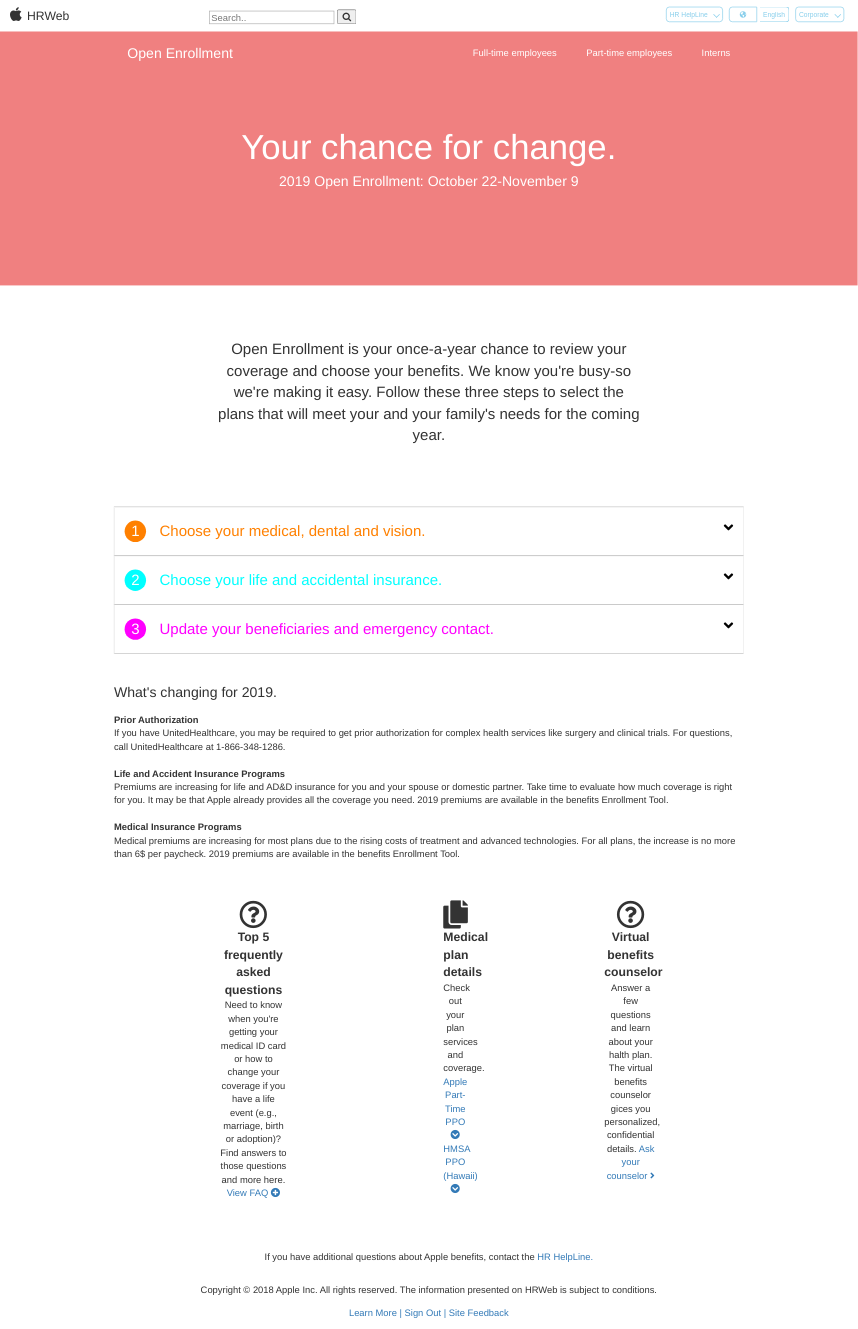
Repository: rmcc0724/templates
Page: index.html
The author's editor kept a record of every edit. The page is drawn from the files as they stood at one moment, then again after the next edit.
The browser window is 1280 px wide. The pictures show the whole page, at 67% of full size.
Some web libraries are served in a nearby version.

Above is the page before.

### index.html
<!DOCTYPE html>
<html lang="en">

<head>
  <meta name="viewport" content="width=device-width, initial-scale=1" <title>
  </title>
  <link rel="stylesheet" href="https://use.fontawesome.com/releases/v5.5.0/css/all.css" integrity="sha384-B4dIYHKNBt8Bc12p+WXckhzcICo0wtJAoU8YZTY5qE0Id1GSseTk6S+L3BlXeVIU" crossorigin="anonymous">
  <link rel="stylesheet" href="https://maxcdn.bootstrapcdn.com/bootstrap/3.3.7/css/bootstrap.min.css">
  <link rel="stylesheet" href="https://cdnjs.cloudflare.com/ajax/libs/font-awesome/4.7.0/css/font-awesome.min.css">
  <script src="https://ajax.googleapis.com/ajax/libs/jquery/3.3.1/jquery.min.js"></script>
  <script src="https://maxcdn.bootstrapcdn.com/bootstrap/3.3.7/js/bootstrap.min.js"></script>
  <script src="https://cdnjs.cloudflare.com/ajax/libs/popper.js/1.14.5/umd/popper.min.js"></script>
  <link rel="stylesheet" href="css/normalize.css">
  <link rel="stylesheet" href="css/style.css">
  <link rel="stylesheet" href="css/responsive.css">
</head>

<body>

  <div id="top-items">
    <p><i class="fab fa-apple fa-x3"></i>HRWeb</p>
    <div class="searchForm example">
      <input type="text" placeholder="Search.." name="search">
      <button type="submit"><i class="fa fa-search"></i></button>
    </div>

    <div class="dropdownItems">
      <div class="dropdown">
        <button class="dropbtn">HR HelpLine<i class="arrow down"></i></button>
        <div id="myDropdown" class="dropdown-content">
          <a href="#hrhelpline">1800-HR</a>
        </div>
      </div>
      <div class="dropdown earth">
        <button class="dropbtn"><i class="fas fa-globe-americas"></i></button>
        <div id="myDropdown" class="dropdown-content">
        </div>
      </div>
      <div class="dropdown">
        <button class="dropbtn eng">English</button>
        <div id="myDropdown" class="dropdown-content">
          <a href="#hrhelpline">English</a>
        </div>
      </div>


      <div class="dropdown">
        <button class="dropbtn">Corporate<i class="arrow down"></i></button>
        <div id="myDropdown" class="dropdown-content">
          <a href="#hrhelpline">Corporate</a>

        </div>
      </div>


    </div>


  </div>

  <header>
    <div class="nav-links">
      <h3>Open Enrollment</h3>
      <nav>
        <ul>
          <li><a href="#">Full-time employees</a></li>
          <li><a href="#">Part-time employees</a></li>
          <li><a href="#">Interns</a></li>
        </ul>
      </nav>
    </div>
    <div class="change">
      <h1 class="text-center">Your chance for change.</h1>
      <h4 class="text-center">2019 Open Enrollment: October 22-November 9</h4>
    </div>


  </header>
  <div class="container">
    <div class="chance">

      <p>Open Enrollment is your once-a-year chance to review your coverage and choose your benefits. We know you're busy-so we're making it easy. Follow these three steps to select the plans that will meet your and your family's needs for the coming year.</p>

      <!----Here I used the bootstrap accordion function -->

      <div class="panel-group" id="accordion">
        <div class="panel panel-default panel_1">
          <div class="panel-heading">
            <h4 class="panel-title">
              <a data-toggle="collapse" data-parent="#accordion" href="#collapse1"><span class="nums num1">1 </span><span>Choose your medical, dental and vision.</span><i class="fas fa-angle-down"></i></a>
            </h4>
          </div>
          <div id="collapse1" class="panel-collapse collapse">
            <div class="panel-body">Medical, dental, and vision info here.</div>
          </div>
        </div>
        <div class="panel panel-default panel_2">
          <div class="panel-heading">
            <h4 class="panel-title">
              <a data-toggle="collapse" data-parent="#accordion" href="#collapse2"><span class="nums num2">2 </span><span>Choose your life and accidental insurance.</span><i class="fas fa-angle-down"></i></a>
            </h4>
          </div>
          <div id="collapse2" class="panel-collapse collapse">
            <div class="panel-body">Life and accidental insurance info here.</div>
          </div>
        </div>
        <div class="panel panel-default panel_3">
          <div class="panel-heading">
            <h4 class="panel-title">
              <a data-toggle="collapse" data-parent="#accordion" href="#collapse3"><span class="nums num3">3 </span><span>Update your beneficiaries and emergency contact.</span><i class="fas fa-angle-down"></i></a>
            </h4>
          </div>
          <div id="collapse3" class="panel-collapse collapse">
            <div class="panel-body">Beneficiaries and emergency contact info here.</div>
          </div>
        </div>
      </div>
    </div>
    <div class="changing">
      <h3>What's changing for 2019.</h3>
      <p><strong>Prior Authorization</strong><br/> If you have UnitedHealthcare, you may be required to get prior authorization for complex health services like surgery and clinical trials. For questions, call UnitedHealthcare at 1-866-348-1286.</p>

      <p><strong>Life and Accident Insurance Programs</strong><br/> Premiums are increasing for life and AD&D insurance for you and your spouse or domestic partner. Take time to evaluate how much coverage is right for you. It may be that Apple already provides
        all the coverage you need. 2019 premiums are available in the benefits Enrollment Tool.</p>

      <p><strong>Medical Insurance Programs</strong><br/> Medical premiums are increasing for most plans due to the rising costs of treatment and advanced technologies. For all plans, the increase is no more than 6$ per paycheck. 2019 premiums are available
        in the benefits Enrollment Tool.
      </p>
    </div>





    <div class="bottom">

      <div class="faq">
        <p><i class="far fa-question-circle fa-3x"></i></p>
        <p class=bottom-title><strong>Top 5 frequently<br />asked questions</strong></p>
          <p>Need to know when you're getting your medical ID card or how to change your coverage if you have a life event (e.g., marriage, birth or adoption)? Find answers to those questions and more here.<br/>
          <a href="#">View FAQ <i class="fas fa-plus-circle "></i></a>
        </p>
      </div>
      <div class="faq">
        <p><i class="fas fa-copy fa-3x"></i></p>
        <p class=bottom-title><strong>Medical plan <br/>details</strong></p>
        <p>Check out your plan services and coverage.
        <a href="#">Apple Part-Time PPO <i class="fas fa-chevron-circle-down"></i></a><br>
        <a href="#">HMSA PPO (Hawaii) <i class="fas fa-chevron-circle-down"></i></a>
        </p>
      </div>

      <div class="faq">
        <p><i class="far fa-question-circle fa-3x"></i></p>
        <p class=bottom-title> <strong>Virtual benefits<br/>counselor</strong></p>
        <p>Answer a few questions and learn about your halth plan. The virtual benefits counselor gices you personalized, confidential details.
          <a href="#">Ask your counselor <i class="fas fa-angle-right"></i></a>
        </p>
      </div>



    </div>



    <footer>
      <p class="text-center questions">If you have additional questions about Apple benefits, contact the <a ref="#">HR HelpLine.</a></p>
      <p>Copyright &#169; 2018 Apple Inc. All rights reserved. The information presented on HRWeb is subject to conditions.</p>
      <ul>
        <li><a href="#">Learn More |</a></li>
        <li><a href="#"> Sign Out |</a></li>
        <li><a href="#"> Site Feedback</a></li>
      </ul>
    </footer>
  </div>
</body>



</html>

### css/style.css
body {
    margin: 0 auto;
}

a:hover {
    text-decoration: none;
}

.container {
    max-width: 970px;
    padding-top: 0px;
}

/************************************************/

/*    Header:       */

/************************************************/

header {
    background-color: lightcoral;
    padding-top: 10px;
    padding-bottom: 15px;
}

nav ul li {
    display: block;
}


h3 {
    margin: 10px 0 20px;
    font-size: 1.5em;
}

h4 {
    font-size: 1em;
    margin: 1em 0;
}

#top-items,
#top,
ul {
    text-align: center;
}

ul li {
    list-style: none;
}


ul {
    padding-left: 0 !important;
}

h1 {
    font-size: 1.9em;
}


.nav-links h3,
.nav-links nav a {
    color: #fff;
}

header,
.nav-links nav a {
    color: white;
    margin-top: 15px;
}

#top-items p {
    margin: 15px 0 10px;
    font-size: 20pt;
}




.example input {
    border-style: solid;
    border-width: 1pt;
    border-color: #afafaf;
}



.changing {
    margin-top: 25px;
}

.dropdown {
    float: right;
    position: relative;
    display: inline-block;
}

.dropdown a:hover {
    background-color: #ddd;
}

.show {
    display: block;
}


.dropdown.earth button {
    margin-right: 0;
    border-bottom-right-radius: 0;
    border-top-right-radius: 0;
}

.dropbtn i.fas.fa-globe-americas {
    border: none;
    display: inline-block;
    padding: 0;
    margin-right: 10px;
}

.dropbtn.eng {
    border-bottom-left-radius: 0;
    border-top-left-radius: 0;
    border-left: 0;
}


.example button {
    vertical-align: baseline;
}



.searchForm {
    display: inline;
}


.change h4 {
    margin: 5px 15px;
}

.change h1 {
    margin: 10px 15px;
}

i.fab.fa-apple {
    margin-right: 8px;
    font-size: 1.3em;
}

/************************************************/

/*    Body:       */

/************************************************/

.chance {
    margin: 0 auto;
    margin-top: 15px;
}


.chance p {
    text-align: center;
    max-width: 700px;
    margin: 0px auto 15px;
}

.dropdown {
    float: initial;
    position: relative;
    display: inline-block;
}


.dropbtn {
    background-color: #fff;
    color: skyblue;
    padding: 5px;
    font-size: 10px;
    border: none;
    cursor: pointer;
    border-style: solid;
    border-radius: 5px;
    border-width: thin;
    margin-top: 15px;
}

.dropbtn:hover,
.dropbtn:focus {
    background-color: #fff;
}



.dropdown-content {
    display: none;
    position: absolute;
    background-color: #f1f1f1;
    min-width: 160px;
    overflow: auto;
    box-shadow: 0px 8px 16px 0px rgba(0, 0, 0, 0.2);
    right: 0;
    z-index: 1;
}

.dropdown-content a {
    color: black;
    padding: 12px 16px;
    text-decoration: none;
    display: block;
}

.dropdown i {
    border: solid skyblue;
    border-width: 0 1px 1px 0;
    display: inline-block;
    padding: 3px;
    margin-left: 10px;
}

.right {
    transform: rotate(-45deg);
    -webkit-transform: rotate(-45deg);
}

.left {
    transform: rotate(135deg);
    -webkit-transform: rotate(135deg);
}

.up {
    transform: rotate(-135deg);
    -webkit-transform: rotate(-135deg);
}

.down {
    transform: rotate(45deg);
    -webkit-transform: rotate(45deg);
}

.bottom {
    display: block;
    margin: 25px 0 35px;
}


.bottom strong {
    font-size: 1.3em;
}


.bottom p,
.text-center.questions {
    margin-bottom: 0;
    text-align: center;
}

.bottom-desk,
i.fas.fa-angle-down {
    display: none;
}

.bottom-mobile {
display: block;
}


.fas.fa-globe-americas {
    border: solid white;
    border-width: 0 1px 1px 0;
    display: inline-block;
    margin-right: 10px;
}

.panel-title a,
.panel-title a:hover {
    text-decoration: none;
}

.panel-title {
    font-size: .9em;
}


#accordion i.fas.fa-chevron-circle-down {
    display: none;
}

.nums {
    margin-right: 5px;
}

#accordion {
    margin: 0 auto;
}


.faq {
    margin-bottom: 20px;
    padding: 0 30px;
}

p.text-center.questions {
    margin-bottom: 30px;
}

p.bottom-link {
    margin-top: 10px;
}

/************************************************/

/*    Footer:       */

/************************************************/

footer li {
    display: inline-block;
}

footer p,
header h3 {
    text-align: center;
}


footer {
    margin-top: 0px;
}

### css/responsive.css
/************************************************/

/*    Header:       */

/************************************************/

@media screen and (min-width: 768px) {
    nav ul li {
        display: inline;
    }

    nav ul {
        float: right;
    }

    header {
        margin-top: 0;
        background-color: lightcoral;
        padding-top: 20px;
        padding-bottom: 140px;
    }

    header ul li {
        margin-left: 40px;
    }

    header h3,
    nav {
        display: inline;
    }


    h1 {
        font-size: 2.7em;
    }

    .nav-links {
        max-width: 940px;
        margin: 0 auto;
        padding: 0 20px;
    }

    #top-items {
        text-align: initial;
        padding: 10px 15px;
    }


    #top-items p,
    #top-items .example {
        display: inline-block;
    }

    .change {
        padding-top: 90px;
    }
    .dropdownItems {
        float: right;
    }

    #top-items p {
        margin: 0px;
        font-size: 1.3em;
    }


    .searchForm.example {
        text-align: right;
        width: 30%;
        margin-left: 4%;
        /* margin-bottom: 5px; */
    }

    .nav-links ul {
        margin: 1px 0 0;
    }

    .dropbtn {
        margin-top: 0px;
    }

    /************************************************/
    /*    Body:       */
    /************************************************/
    .dropdown {
        position: relative;
        display: inline-block;
    }

    .bottom p {
        width: 28.33%;
        margin: 0 auto;
    }


    .bottom {
        margin: 40px 0 55px;
        display: -webkit-inline-flex;
    }

    .bottom-desk {

        display: -webkit-inline-flex;
        display: none;
    }

    .bottom-mobile {
        display: -webkit-inline-flex;
    }

    button.dropbtn {
        margin-right: 5px;
    }


    .chance p {
        margin: 0px auto 90px;
        text-align: center;
        font-size: 1.6em;
        max-width: 635px;
    }
    .chance {
        margin: 0 auto;
        margin-top: 80px;
    }

    h4 {
        font-size: 1.5em;
    }

    .changing {
        margin-top: 45px;
    }
    .changing p {
        margin: 0 0 20px;
    }


    .panel-heading {
        padding: 20px 15px;
        border-bottom: 1px solid transparent;
        border-top-left-radius: 3px;
        border-top-right-radius: 3px;
    }

    .panel-default>.panel-heading {
        background-color: #fff;
    }

    .panel-default {
        border-color: #fff;
    }

    .panel {
        margin-bottom: 20px;
        background-color: #c3c3c3;
        border: 1px solid transparent;
        -webkit-box-shadow: 0 1px 1px rgba(0, 0, 0, .05);
        box-shadow: 0 0px 0px rgba(0, 0, 0, .05);
        border-left-color: #fff;
        border-right-color: #fff;
        border-bottom-left-radius: 0 !important;
        border-top-left-radius: 0 !important;
        border-bottom-right-radius: 0 !important;
        border-top-right-radius: 0 !important;
    }
    .panel-title {
        margin-top: 0;
        margin-bottom: 0;
        font-size: 1.6em;
        color: #fff;
    }
    .panel-group .panel-heading+.panel-collapse>.list-group,
    .panel-group .panel-heading+.panel-collapse>.panel-body {
        border-top: 0px solid #ddd;
    }


    .panel-default>.panel-heading {
        color: #333;
        border-color: #ddd;
        border-bottom-left-radius: 0 !important;
        border-top-left-radius: 0 !important;
        border-bottom-right-radius: 0 !important;
        border-top-right-radius: 0 !important;
    }

    .panel-group .panel+.panel {
        margin-top: -1px;
    }

    .panel-collapse {
        background-color: #fff;
    }
    .nums {
        height: 32px;
        width: 32px;
        border-radius: 50%;
        display: inline-block;
        padding-left: 10px;
        padding-top: 3.5px;
        color: #fff;
        margin-right: 20px;
    }

    .num1 {
        background-color: #ff8000;
    }

    .num2 {
        background-color: #00ffff;
    }

    .num3 {
        background-color: #ff00ff;
    }

    .panel_1 h4 {
        color: #ff8000;
    }

    .panel_2 h4 {
        color: #00ffff;
    }

    .panel_3 h4 {
        color: #ff00ff;
    }

    #accordion i.fas.fa-chevron-circle-down {
        display: inline;
        float: right;
    }

    i.fas.fa-angle-down {
        float: right;
        color: #000;
    }

    i.fas.fa-angle-down {
        display: -webkit-inline-box;
    }

}

@media screen and (min-width: 950px) {
    h1 {
        font-size: 3.7em;
    }
}

Loaded but not shown: css/normalize.css (library)

After the next edit:
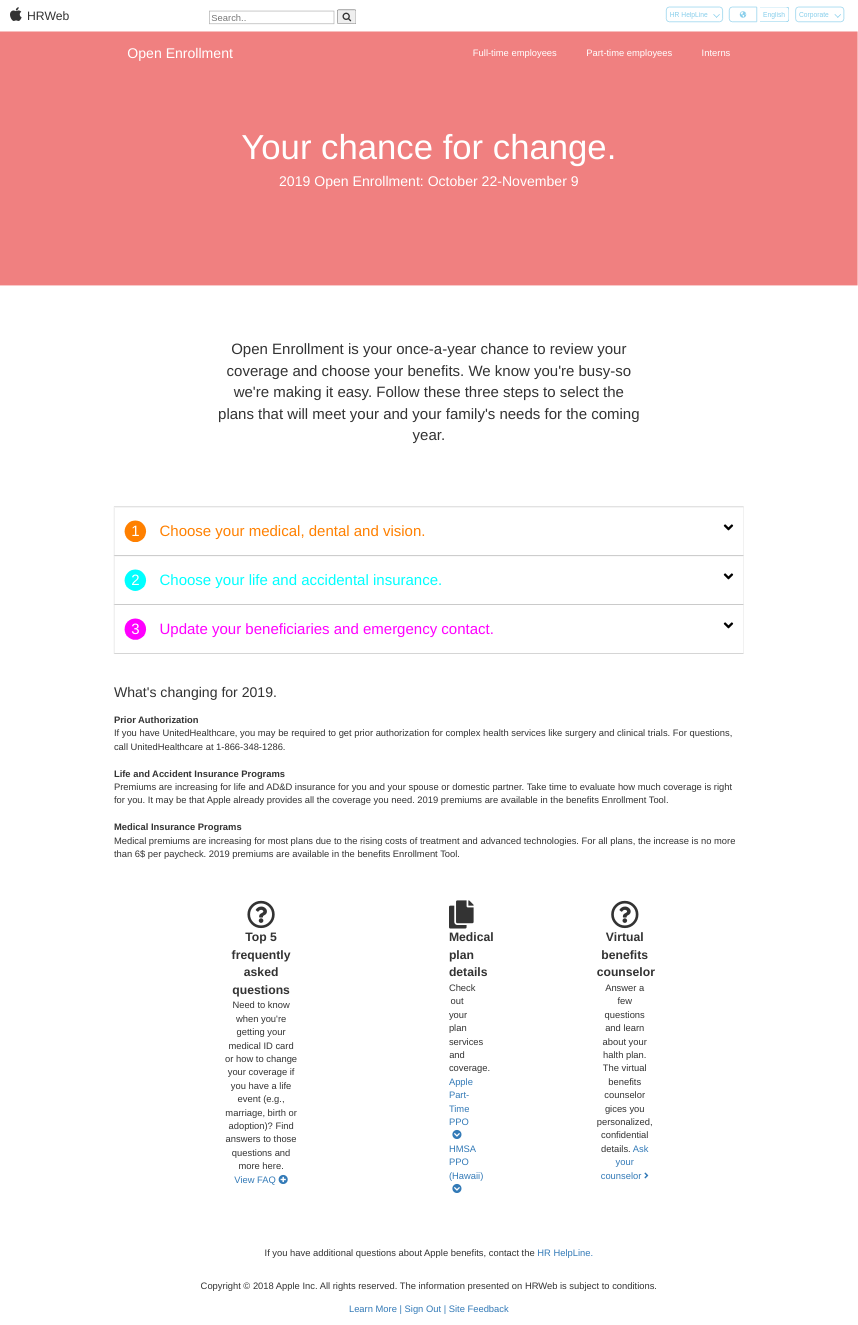
The edit:
--- a/index.html
+++ b/index.html
@@ -144,7 +144,7 @@
       <div class="faq">
         <p><i class="fas fa-copy fa-3x"></i></p>
         <p class=bottom-title><strong>Medical plan <br/>details</strong></p>
-        <p>Check out your plan services and coverage.
+        <p>Check out your plan services and coverage.<br/>
         <a href="#">Apple Part-Time PPO <i class="fas fa-chevron-circle-down"></i></a><br>
         <a href="#">HMSA PPO (Hawaii) <i class="fas fa-chevron-circle-down"></i></a>
         </p>
